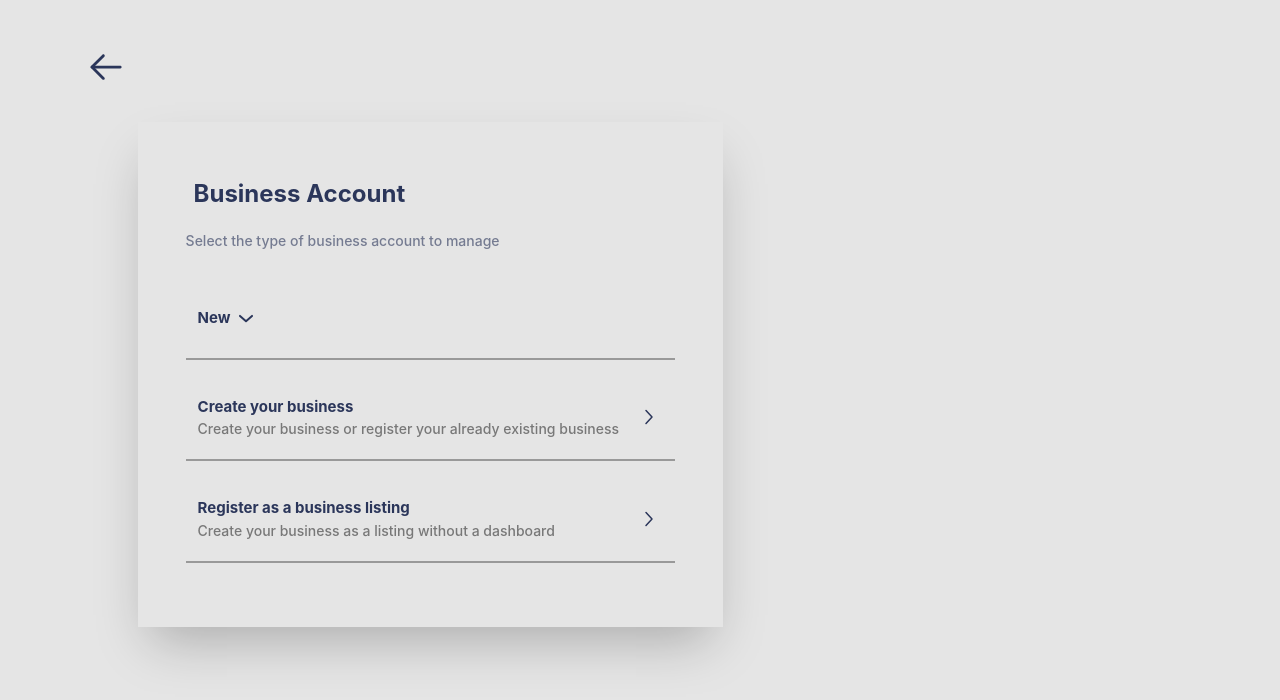
Repository: Osomhe1/findme_task
Page: /account
An editor plug-in stored every save of this project. The page is shown before and after the next save, followed by the edit.
The browser window is 1280 px wide. The pictures show the whole page.
The project was rebuilt for these pictures with package versions that can differ from the ones it lists, and the page was loaded fresh each time. Also part of the build but not shown: src/component/Clip.css, src/component/Logo.js, src/component/Drag.js, src/component/Memories.js, src/component/Publish.js, src/component/Insight.js, src/component/User.js, src/component/Clip.js and 20 more.

Above is the page before, as saved 2023-04-10 09:26:16.

### src/index.css
body {
  margin: 0;
  font-family: Mulish, -apple-system, BlinkMacSystemFont, 'Segoe UI', 'Roboto', 'Oxygen',
    'Ubuntu', 'Cantarell', 'Fira Sans', 'Droid Sans', 'Helvetica Neue',
    sans-serif;
  -webkit-font-smoothing: antialiased;
  -moz-osx-font-smoothing: grayscale;
  background-color: #E5E5E5;
}

code {
  font-family: source-code-pro, Menlo, Monaco, Consolas, 'Courier New',
    monospace;
}

.category_wrapper::-webkit-scrollbar { display: none;}
/* Hide scrollbar for IE, Edge and Firefox /.category_wrapper { -ms-overflow-style: none; / IE and Edge / scrollbar-width: none; / Firefox } */

/* @tailwind base;
@tailwind components;
@tailwind utilities; */
@tailwind base;
@tailwind components;
@tailwind utilities;



/* @import "tailwindcss/base";
@import "tailwindcss/components";
@import "tailwindcss/utilities"; */

### src/App.js
import Home from './component/Home';
import 'tailwindcss/tailwind.css'
import GetStarted from './component/GetStarted';
import {BrowserRouter, Route, Routes} from 'react-router-dom'
import SignUp from './component/auth/SignUp';
import Login from './component/auth/Login';
import Recovery from './component/auth/Recovery'
import PhoneRecovery from './component/auth/PhoneRecovery';
import EmailRecovery from './component/auth/EmailRecovery';
import ForgetPassword from './component/auth/ForgetPassword';
import EmailRecoveryOtp from './component/auth/EmailRecoveryOtp';
import NewPassword from './component/auth/NewPassword';
import Verify from './component/auth/Verification';
import Success from './component/auth/Success';
import Interest from './component/pages/Interest';
import SettingUp from './component/pages/SettingUp';
import Account from './component/pages/Account';


function App() {
  return (
    <div className="App">
      {/* <Home /> */}
      <BrowserRouter>
        <Routes>
          <Route path="/" element={<GetStarted />} />
          <Route path="/dashboard" element={<Home />} />
          <Route path="/signup" element={<SignUp />} />
          <Route path="/login" element={<Login />} />
          <Route path="/recovery" element={<Recovery />} />
          <Route path="/phone-recovery" element={<PhoneRecovery />} />
          <Route path="/email-recovery" element={<EmailRecovery />} />
          <Route path="/email-recovery-otp" element={<EmailRecoveryOtp />} />
          <Route path="/new-password" element={<NewPassword />} />
          <Route path="/verify" element={<Verify />} />
          <Route path="/success" element={<Success />} />
          <Route path="/forget-password" element={<ForgetPassword />} />
          <Route path="/interest" element={<Interest />} />
          <Route path="/setting-up" element={<SettingUp />} />
          <Route path="/account" element={<Account />} />
        </Routes>
      </BrowserRouter>
    </div>
  )
}

export default App;

### src/component/pages/Account.js
import { Link } from 'react-router-dom'

export default function Account() {
  return (
    <div>
      <section className="p-3">
        <div className=" px-8 md:p-8 md:mx-10  ">
          <Link to="/">
            <svg
              width="46"
              height="46"
              viewBox="0 0 46 46"
              fill="none"
              xmlns="http://www.w3.org/2000/svg"
            >
              <path
                d="M37.6064 23.0769C37.6064 23.7909 37.0759 24.3809 36.3876 24.4743L36.1962 24.4871L7.99226 24.4871C7.21342 24.4871 6.58206 23.8558 6.58206 23.0769C6.58206 22.363 7.11258 21.773 7.8009 21.6796L7.99226 21.6667L36.1962 21.6667C36.9751 21.6667 37.6064 22.2981 37.6064 23.0769Z"
                fill="#2B365A"
              />
              <path
                d="M20.3622 33.4061C20.9141 33.9556 20.916 34.8485 20.3665 35.4004C19.8669 35.9021 19.0835 35.9493 18.5306 35.5409L18.3721 35.4047L6.99652 24.078C6.4933 23.5769 6.44752 22.7907 6.85921 22.2378L6.99644 22.0794L18.372 10.7508C18.9239 10.2012 19.8168 10.2031 20.3664 10.7549C20.866 11.2566 20.9099 12.0402 20.4991 12.5914L20.3622 12.7493L9.99063 23.0792L20.3622 33.4061Z"
                fill="#2B365A"
              />
            </svg>
          </Link>
        </div>
        <div className="flex flex-wrap justify-between gap-2 items-center md:w-[80%] m-auto ">
          <div className="md:shadow-2xl text-cente md:p-12 w-ful   lg:block  pb-20 ">
            <div className=" text-cente ">
              <h1 className="text-[#2B365A] font-bold text-2xl p-2 ">
                Business Account
              </h1>
              <p className="font-medium text-[14px] text-[#2B365A] py-3 opacity-60 ">
                Select the type of business account to manage
              </p>
            </div>

            <div className="">
              <div className="flex gap-4 items-center justify-between w-full border-[#999999] p-3 my-4 border-b-2  ">
                <Link to="/email-recovery">
                  <div className=" my-4 flex gap-2 items-center">
                    <h1 className="text-[#2B365A] font-bold text-[15px] ">
                      New
                    </h1>
                    <div className="">
                      <svg
                        width="14"
                        height="9"
                        viewBox="0 0 14 9"
                        fill="none"
                        xmlns="http://www.w3.org/2000/svg"
                      >
                        <path
                          d="M1 1.92578L7 7.25346L13 1.92578"
                          stroke="#2B365A"
                          stroke-width="2"
                          stroke-linecap="round"
                          stroke-linejoin="round"
                        />
                      </svg>
                    </div>
                  </div>
                </Link>
              </div>
              <div className="flex gap-4 items-center justify-between w-full border-[#999999] p-3 my-4 border-b-2  ">
                <Link to="/phone-recovery">
                  <div className="py-2">
                    <h1 className="text-[#2B365A] font-bold text-[15px] ">
                      Create your business
                    </h1>
                    <p className="text-[#787878] text-[14px] font-medium ">
                      Create your business or register your already existing
                      business
                    </p>
                  </div>
                </Link>
                <div className="">
                  <svg
                    width="28"
                    height="30"
                    viewBox="0 0 28 30"
                    fill="none"
                    xmlns="http://www.w3.org/2000/svg"
                  >
                    <path
                      d="M11 21.4284L17 14.9999L11 8.57129"
                      stroke="#2B365A"
                      stroke-width="1.5"
                      stroke-linecap="round"
                      stroke-linejoin="round"
                    />
                  </svg>
                </div>
              </div>
              <div className="flex gap-4 items-center justify-between w-full border-[#999999] p-3 my-4 border-b-2  ">
                <div className="py-2">
                  <h1 className="text-[#2B365A] font-bold text-[15px] ">
                    Register as a business listing
                  </h1>
                  <p className="text-[#787878] text-[14px] font-medium ">
                    Create your business as a listing without a dashboard
                  </p>
                </div>
                <div className="">
                  <svg
                    width="28"
                    height="30"
                    viewBox="0 0 28 30"
                    fill="none"
                    xmlns="http://www.w3.org/2000/svg"
                  >
                    <path
                      d="M11 21.4284L17 14.9999L11 8.57129"
                      stroke="#2B365A"
                      stroke-width="1.5"
                      stroke-linecap="round"
                      stroke-linejoin="round"
                    />
                  </svg>
                </div>
              </div>
            </div>
          </div>

          <div className="  w-full md:max-w-[500px]   "></div>
        </div>
      </section>
    </div>
  )
}

### src/component/usePagination .js
import { useMemo } from "react"

export const DOTS = (
  <svg
    width="13"
    height="13"
    viewBox="0 0 13 13"
    fill="none"
    xmlns="http://www.w3.org/2000/svg"
  >
    <circle
      cx="6.14991"
      cy="6.14991"
      r="6.14991"
      transform="matrix(1 0 0 -1 0.339844 12.2998)"
      fill="#C4C4C4"
    />
  </svg>
)

export const ActiveDots = <svg width="13" height="13" viewBox="0 0 13 13" fill="none" xmlns="http://www.w3.org/2000/svg">
<circle cx="6.14991" cy="6.14991" r="6.14991" transform="matrix(1 0 0 -1 0 12.2998)" fill="#2B365A"/>
</svg>



export const usePagination = ({ totalCount, pageSize, currentPage, siblingCount=1, }) => {
     const paginationRange = useMemo(() => {
       // Our implementation logic will go here
       const totalPageCount = Math.ceil(totalCount / pageSize)

        const range = (start, end) => {
          let length = end - start + 1
          /*
  	Create an array of certain length and set the elements within it from
    start value to end value.
  */
          return Array.from({ length }, (_, idx) => idx + start)
        }

       // Pages count is determined as siblingCount + firstPage + lastPage + currentPage + 2*DOTS
       const totalPageNumbers = siblingCount + 5

       /*
      Case 1:
      If the number of pages is less than the page numbers we want to show in our
      paginationComponent, we return the range [1..totalPageCount]
    */
       if (totalPageNumbers >= totalPageCount) {
         return range(1, totalPageCount)
       }

       /*
    	Calculate left and right sibling index and make sure they are within range 1 and totalPageCount
    */
       const leftSiblingIndex = Math.max(currentPage - siblingCount, 1)
       const rightSiblingIndex = Math.min(
         currentPage + siblingCount,
         totalPageCount
       )

       /*
      We do not show dots just when there is just one page number to be inserted between the extremes of sibling and the page limits i.e 1 and totalPageCount. Hence we are using leftSiblingIndex > 2 and rightSiblingIndex < totalPageCount - 2
    */
       const shouldShowLeftDots = leftSiblingIndex > 2
       const shouldShowRightDots = rightSiblingIndex < totalPageCount - 2

       const firstPageIndex = 1
       const lastPageIndex = totalPageCount

       /*
    	Case 2: No left dots to show, but rights dots to be shown
    */
       if (!shouldShowLeftDots && shouldShowRightDots) {
         let leftItemCount = 3 + 2 * siblingCount
         let leftRange = range(1, leftItemCount)

         return [...leftRange, DOTS, totalPageCount]
       }

       /*
    	Case 3: No right dots to show, but left dots to be shown
    */
       if (shouldShowLeftDots && !shouldShowRightDots) {
         let rightItemCount = 3 + 2 * siblingCount
         let rightRange = range(
           totalPageCount - rightItemCount + 1,
           totalPageCount
         )
         return [firstPageIndex, DOTS, ...rightRange]
       }

       /*
    	Case 4: Both left and right dots to be shown
    */
       if (shouldShowLeftDots && shouldShowRightDots) {
         let middleRange = range(leftSiblingIndex, rightSiblingIndex)
         return [firstPageIndex, DOTS, ...middleRange, DOTS, lastPageIndex]
       }


     }, [totalCount, pageSize, siblingCount, currentPage])


     return paginationRange
}

Loaded but not shown: public/index.html (common file); src/index.js (common file); src/reportWebVitals.js (common file); tailwind.config.js (common file)

After the next save:
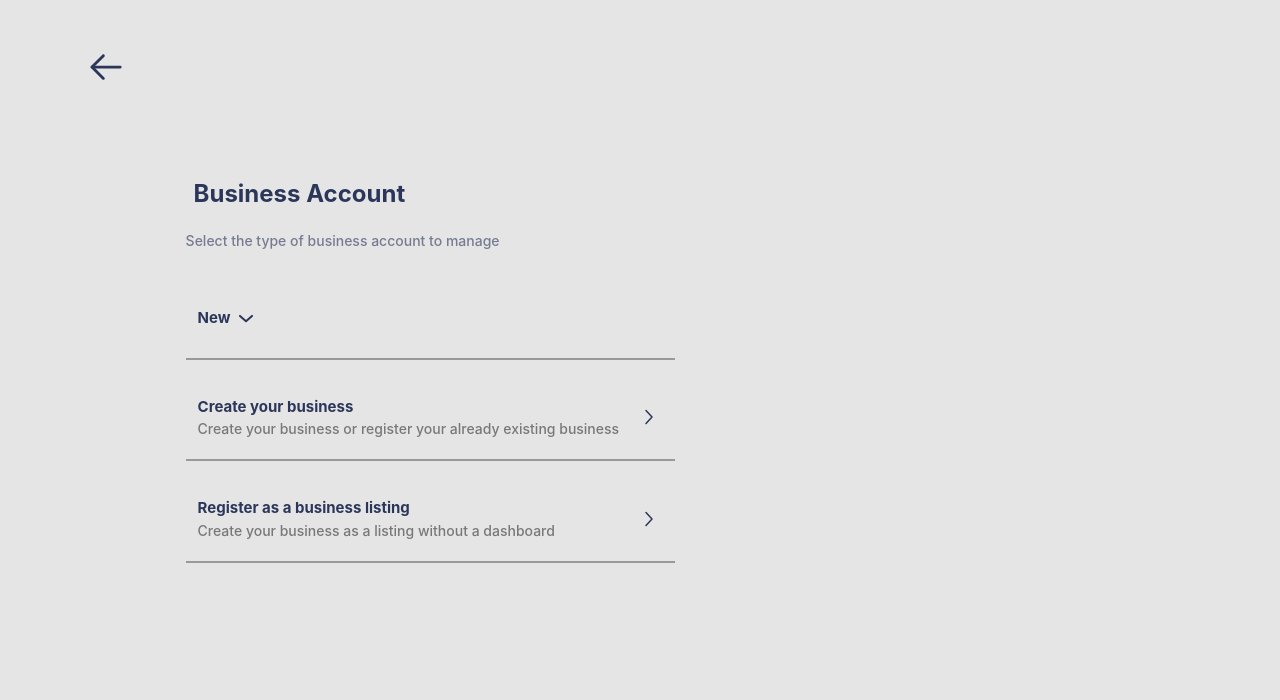
Saved 76 s later.
--- a/src/component/pages/Account.js
+++ b/src/component/pages/Account.js
@@ -25,7 +25,7 @@ export default function Account() {
           </Link>
         </div>
         <div className="flex flex-wrap justify-between gap-2 items-center md:w-[80%] m-auto ">
-          <div className="md:shadow-2xl text-cente md:p-12 w-ful   lg:block  pb-20 ">
+          <div className=" text-cente md:p-12 w-ful   lg:block  pb-20 ">
             <div className=" text-cente ">
               <h1 className="text-[#2B365A] font-bold text-2xl p-2 ">
                 Business Account
